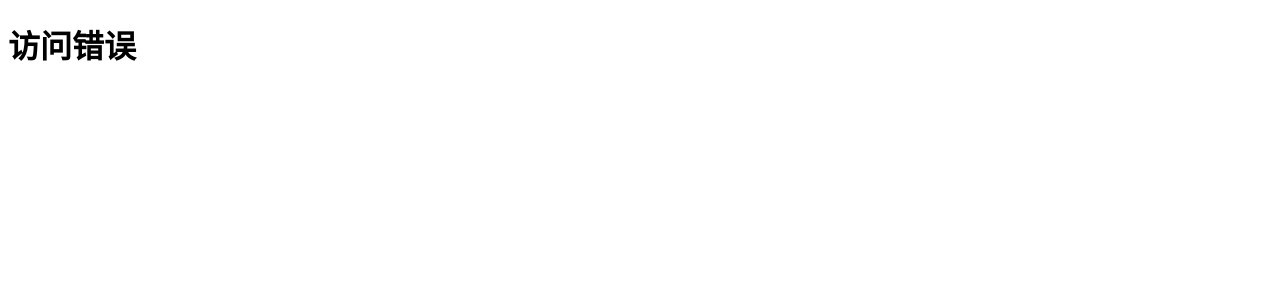
Repository: CDHFortune/Test
Page: demo1/WebContent/html/error.html
These files come from the project's save history. The page is drawn as it stood at one moment and after the next save; the edit follows.
The browser window is 1280 px wide. The pictures show the whole page.

Above is the page before, as saved 2019-10-15 03:44:59.

### demo1/WebContent/html/error.html
<!DOCTYPE html>
<html>
<head>
<meta charset="UTF-8">
<title>Insert title here</title>
</head>
<body>
	<h1>访问错误</h1>
</body>
</html>

After the next save:
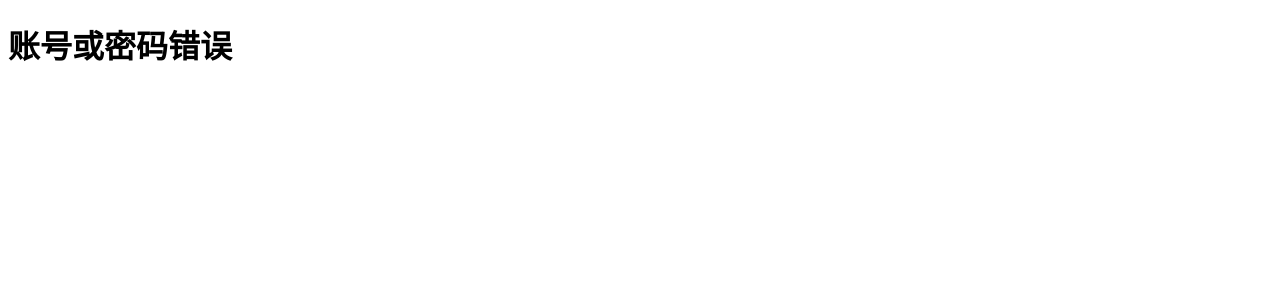
Saved 63 s later.
--- a/demo1/WebContent/html/error.html
+++ b/demo1/WebContent/html/error.html
@@ -5,6 +5,6 @@
 <title>Insert title here</title>
 </head>
 <body>
-	<h1>访问错误</h1>
+	<h1>账号或密码错误</h1>
 </body>
 </html>
